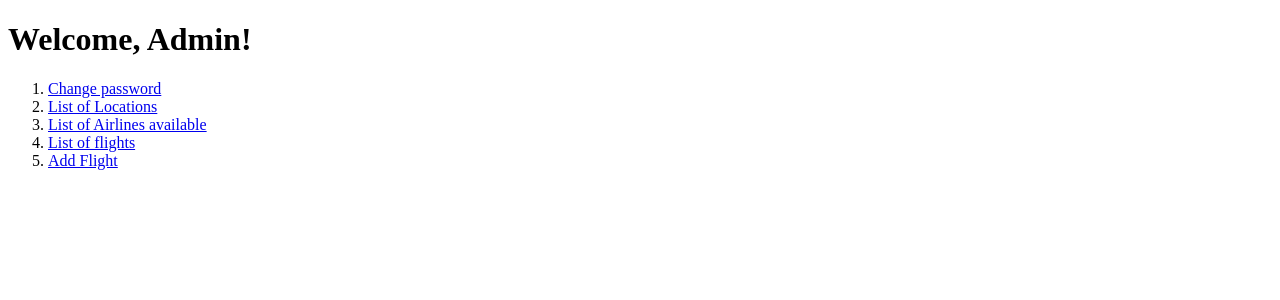
Repository: Pranathi99/FlyAway
Page: FlyAway/src/main/webapp/adminHome.html
An editor plug-in stored every save of this project. The page is shown before and after the next save, followed by the edit.
The browser window is 1280 px wide. The pictures show the whole page.

Above is the page before, as saved 2023-03-26 09:27:38.

After the next save:
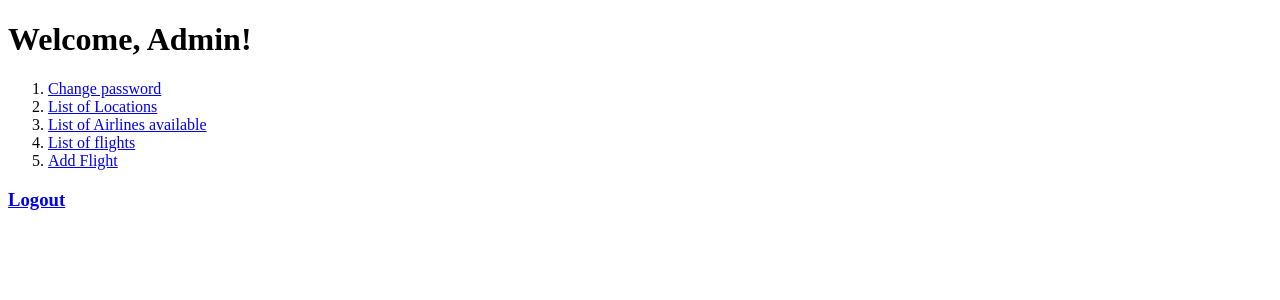
Saved 6 min 4 s later.
--- a/FlyAway/src/main/webapp/adminHome.html
+++ b/FlyAway/src/main/webapp/adminHome.html
@@ -13,5 +13,6 @@
 		<li><a href="getDetails?param=getFlightsList"/>List of flights</li>
 		<li><a href="addFlight.jsp"/>Add Flight</li>
 	</ol>
+<h3><a href="index.html"/>Logout</h3>
 </body>
 </html>
